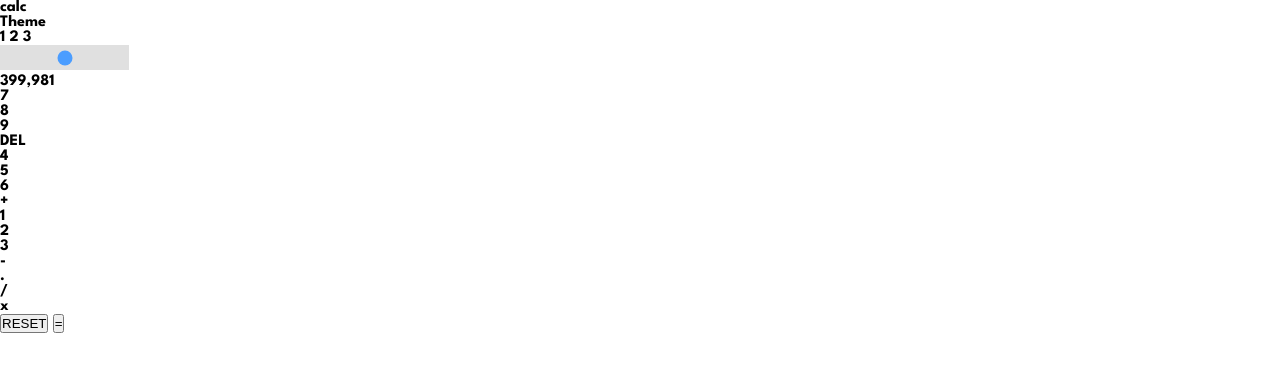
Repository: DevLaukey/calc-with-css-js
Page: index.html
An editor plug-in stored every save of this project. The page is shown before and after the next save, followed by the edit.
The browser window is 1280 px wide. The pictures show the whole page.

Above is the page before, as saved 2022-05-18 12:13:35.

After the next save:
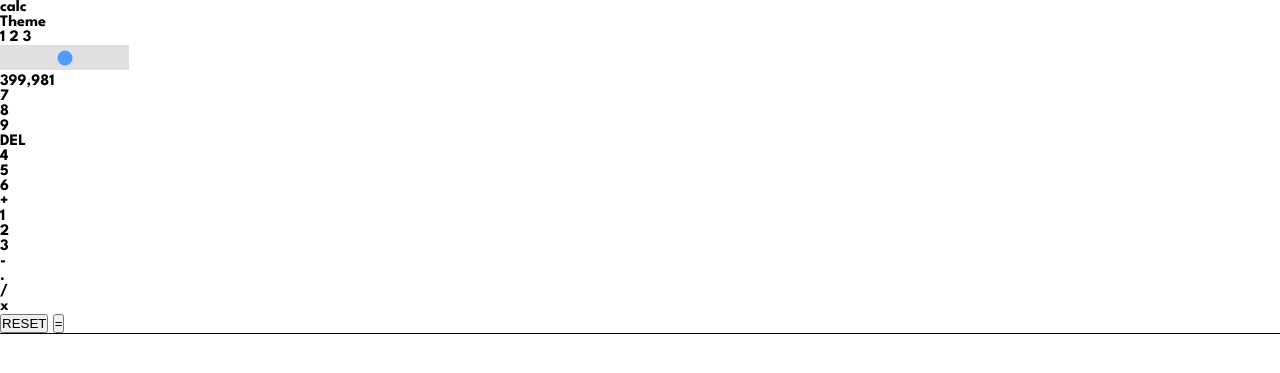
Saved 32 s later.
--- a/styles.css
+++ b/styles.css
@@ -5,7 +5,12 @@
 }
 body{
     font-family: 'League Spartan', sans-serif;
+    border-bottom: 1px solid black;
 }
+
+
+
+
 .slider {
   -webkit-appearance: none;
    /* width: 100%; */
